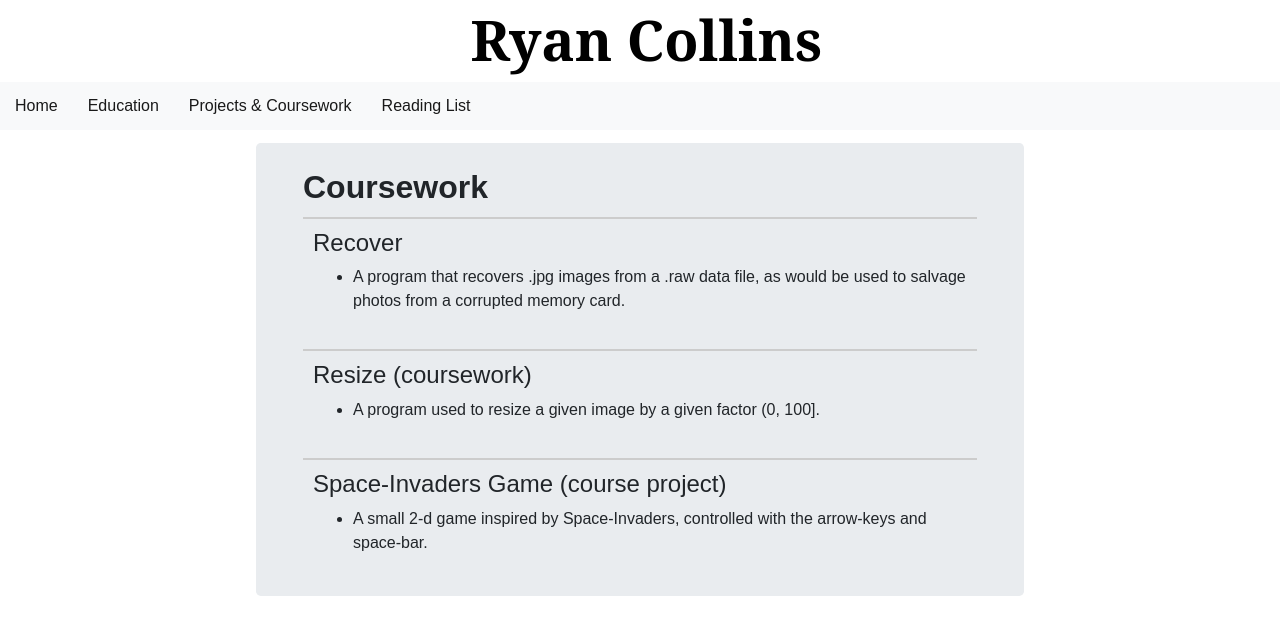
Repository: RyanMCollins/cs50
Page: pset5/homepage/projects.html
The author's editor kept a record of every edit. The page is drawn from the files as they stood at one moment, then again after the next edit.
The browser window is 1280 px wide. The pictures show the whole page.

Above is the page before.

### pset5/homepage/projects.html
<!DOCTYPE html>

<html lang="en">
    <head>
        <meta name="viewport" content="width=device-width, initial-scale=1, shrink-to-fit=no">
        <script src="https://code.jquery.com/jquery-3.3.1.slim.min.js" integrity="sha384-q8i/X+965DzO0rT7abK41JStQIAqVgRVzpbzo5smXKp4YfRvH+8abtTE1Pi6jizo" crossorigin="anonymous"></script>
        <script src="https://cdnjs.cloudflare.com/ajax/libs/popper.js/1.14.3/umd/popper.min.js" integrity="sha384-ZMP7rVo3mIykV+2+9J3UJ46jBk0WLaUAdn689aCwoqbBJiSnjAK/l8WvCWPIPm49" crossorigin="anonymous"></script>
        <script src="https://stackpath.bootstrapcdn.com/bootstrap/4.1.3/js/bootstrap.min.js" integrity="sha384-ChfqqxuZUCnJSK3+MXmPNIyE6ZbWh2IMqE241rYiqJxyMiZ6OW/JmZQ5stwEULTy" crossorigin="anonymous"></script>
        <link href="https://stackpath.bootstrapcdn.com/bootstrap/4.1.3/css/bootstrap.min.css" rel="stylesheet">
        <link href="styles.css" rel="stylesheet">
        <title>Projects & Coursework</title>
    </head>
    <body>
        <h1 id="site-title">
            Ryan Collins
        </h1>
        <nav class="navbar navbar-expand-lg navbar-light bg-light">

            <button class="navbar-toggler" type="button" data-toggle="collapse" data-target="#navbarSupportedContent" aria-controls="navbarSupportedContent" aria-expanded="false" aria-label="Toggle navigation">
                <span class="navbar-toggler-icon"></span>
              </button>

              <div class="collapse navbar-collapse" id="navbarSupportedContent">
                <ul class="navbar-nav mr-auto">
                  <li class="nav-item active">
                    <a class="nav-link" href="/home">Home<span class="sr-only">(current)</span></a>
                  </li>
                  <li class="nav-item active">
                    <a class="nav-link" href="/education">Education<span class="sr-only">(current)</span></a>
                  </li>
                  <li class="nav-item active">
                    <a class="nav-link" href="/projects">Projects & Coursework<span class="sr-only">(current)</span></a>
                  </li>
                  <li class="nav-item active">
                    <a class="nav-link" href="/readlist">Reading List<span class="sr-only">(current)</span></a>
                  </li>
                </ul>
              </div>
        </nav>
        <div class="jumbotron">
            <div class="container">
                <h2 class="main-header">
                    Coursework
                </h2>
                <div class="sub-division">
                    <h4>
                        Recover
                    </h4>
                    <ul>
                        <li>
                            A program that recovers .jpg images from a .raw data file, as would be used to salvage photos from a corrupted
                            memory card.
                        </li>
                    </ul>
                </div>
                <div class="sub-division">
                    <h4>
                        Resize (coursework)
                    </h4>
                    <ul>
                        <li>
                            A program used to resize a given image by a given factor (0, 100].
                        </li>
                    </ul>
                </div>
                <div class="sub-division">
                    <h4>
                        Space-Invaders Game (course project)
                    </h4>
                    <ul>
                        <li>
                            A small 2-d game inspired by Space-Invaders, controlled with the arrow-keys and space-bar.
                        </li>
                    </ul>
                </div>
            </div>
        </div>
    </body>
</html>

### pset5/homepage/styles.css
body {
    font-size: 14;
    font-family: "Arial";
    min-height: 100vh;
}

#site-title {
    text-align: center;
    font-size: 350%;
    font-family: "Georgia";
    font-weight: bold;
    color: #000000;
    padding-left: 1%;
    padding-bottom: .7%;
    padding-top: .45%;
    margin: 0;
}

@media  screen and (max-width: 368px) {
    #site-title {
        font-size: 200%;
    }
}

#site-title a {
    color: inherit;
    text-decoration: none;
}

.navbar {
    padding: 0;
    /*padding: 0 1%;*/
    background-color: #eee;
}

.flex-break.flex-small {
    flex: 1;
}

.flex-break.flex-large {
    flex: 2;
}

@media  screen and (max-width: 990px) {
    .flex-break.flex-large, .flex-break.flex-small {
        justify-content: flex-start!important;
    }
}

.nav-item {
    padding: 0 5px;
    margin: 4px 2px;
}

.jumbotron {
    margin: 1% 20%;
    padding-top: 2%;
    padding-bottom: 5px;
}

.main-header {
    font-size: 200%;
    font-weight: bold;
}

.sub-division {
    border-top: solid #cccccc 2px;
    margin-top: 10px;
    margin-bottom: 10px;
    padding: 10px;
}

.sub-division-header {
    display: flex;
    padding-bottom: 15px;
}

.sub-division-title {
    font-size: 24px;
    float: left;
    margin-bottom: 0px;
    margin-top: auto;
}

.sub-division-appendice {
    font-size: 18px;
    margin-bottom: 0px;
    margin-top: auto;
}

.sub-division-appendice.date {
    margin-right: 0px;
    margin-left: auto;
}

.sub-division-author {
    font-size: 20px;
    padding-bottom: 10px;
}

After the next edit:
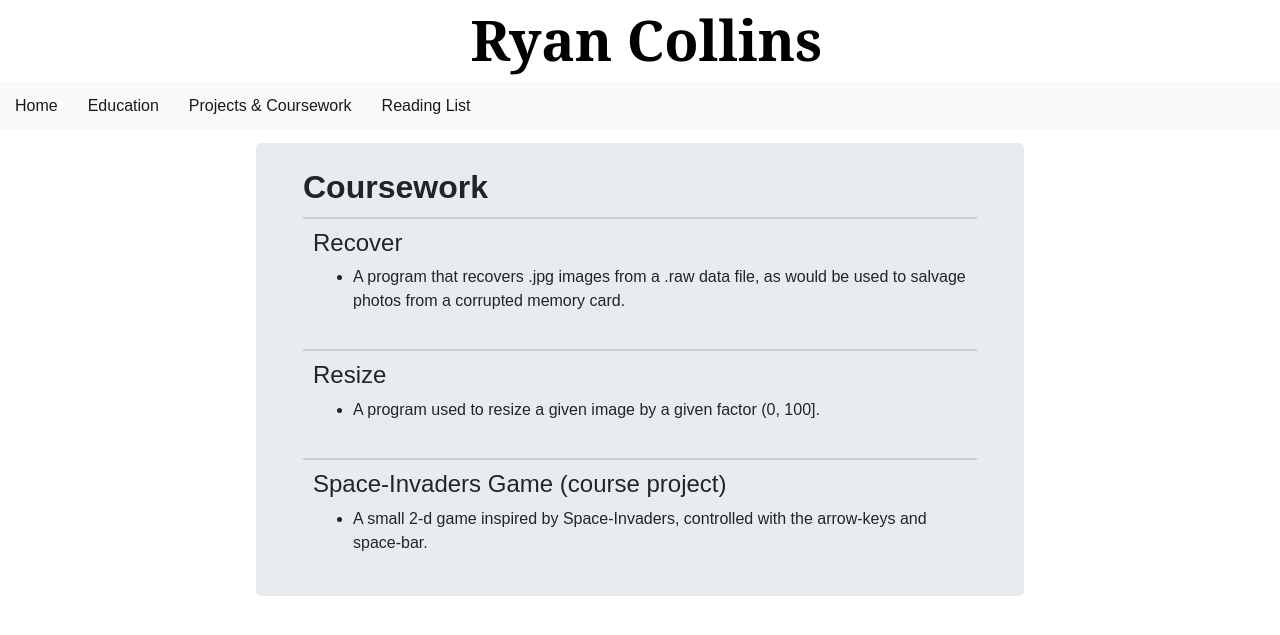
The edit:
--- a/pset5/homepage/projects.html
+++ b/pset5/homepage/projects.html
@@ -55,7 +55,7 @@
                 </div>
                 <div class="sub-division">
                     <h4>
-                        Resize (coursework)
+                        Resize
                     </h4>
                     <ul>
                         <li>
